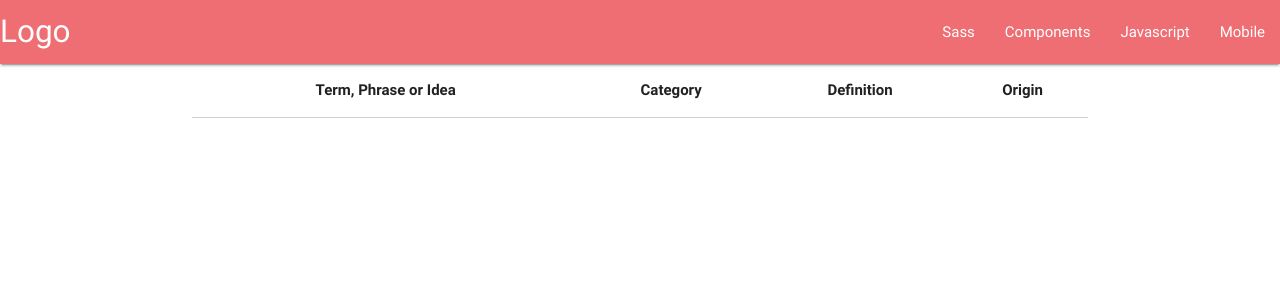
Repository: kalkiboru111/irish-dictionary-of-received-ideas
Page: http://localhost/
The author's editor kept a record of every edit. The page is drawn from the files as they stood at one moment, then again after the next edit.
The browser window is 1280 px wide. The pictures show the whole page.
Some web libraries are served in a nearby version. The page is served by the project's application, run on Flask 3 (app.py). Queries for data that is not in the repository find no rows.

Above is the page before.
Console error: TypeError: $(...).formSelect is not a function

After the next edit:
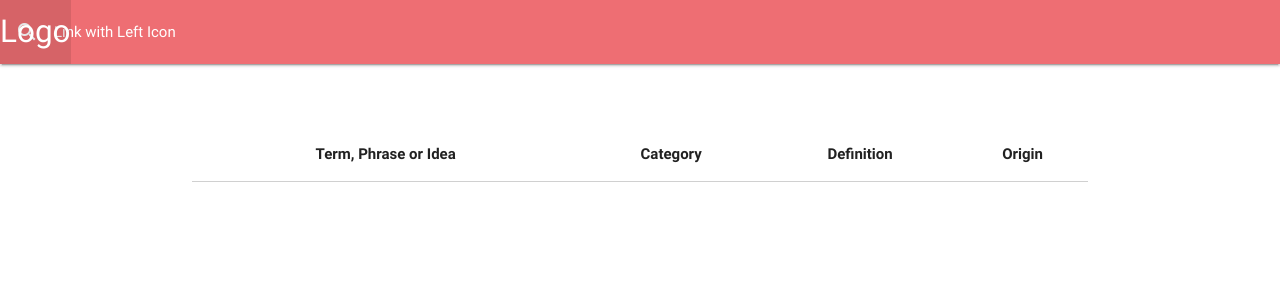
The edit:
--- a/templates/base.html
+++ b/templates/base.html
@@ -12,7 +12,9 @@
     <header>
         <nav>
             <div class="nav-wrapper">
+                <ul class="left">
                 <a href="{{url_for('get_terms')}}" class="brand-logo left">Logo</a>
+                <a href="sass.html"><i class="material-icons left">search</i>Link with Left Icon</a>
                 <ul class="right">
                     <li><a href="sass.html">Sass</a></li>
                     <li><a href="badges.html">Components</a></li>
